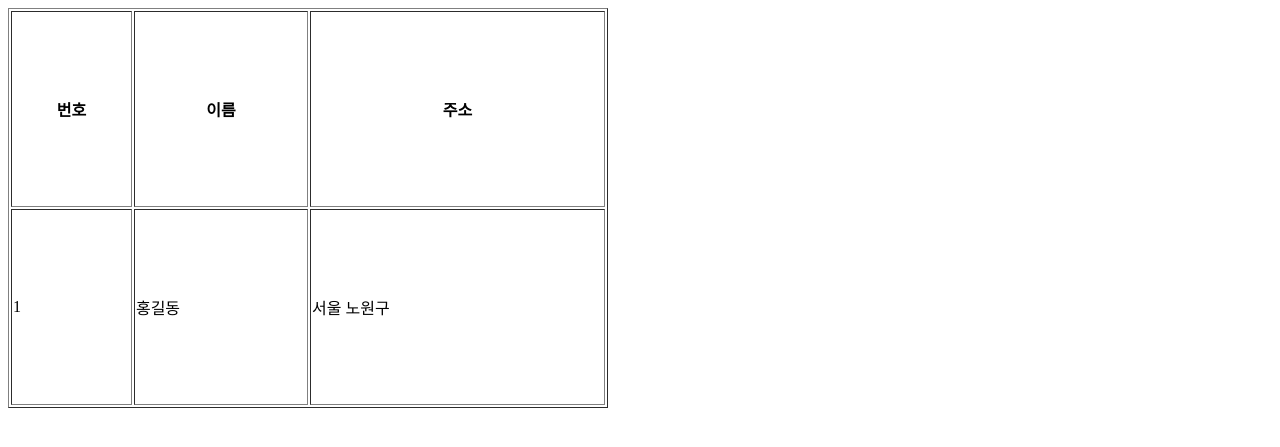
Repository: sungeunbyeol/Nowon-ezen-jsp
Page: test/WebContent/test08.html
These files come from the project's save history. The page is drawn as it stood at one moment and after the next save; the edit follows.
The browser window is 1280 px wide. The pictures show the whole page.

Above is the page before, as saved 2021-11-02 03:03:32.

### test/WebContent/test08.html
<!-- test08.html -->
<!DOCTYPE html>
<html>
<head>
<meta charset="EUC-KR">
<title>표만들기</title>
</head>
<body>
	<table border="1"  width="600" height="400">
		<tr>
			<th>번호</th>
			<th>이름</th>
			<th>주소</th>
		</tr>
		<tr>
			<td>1</td>
			<td>홍길동</td>
			<td>서울 노원구</td>
		</tr>
	</table>
</body>
</html>

After the next save:
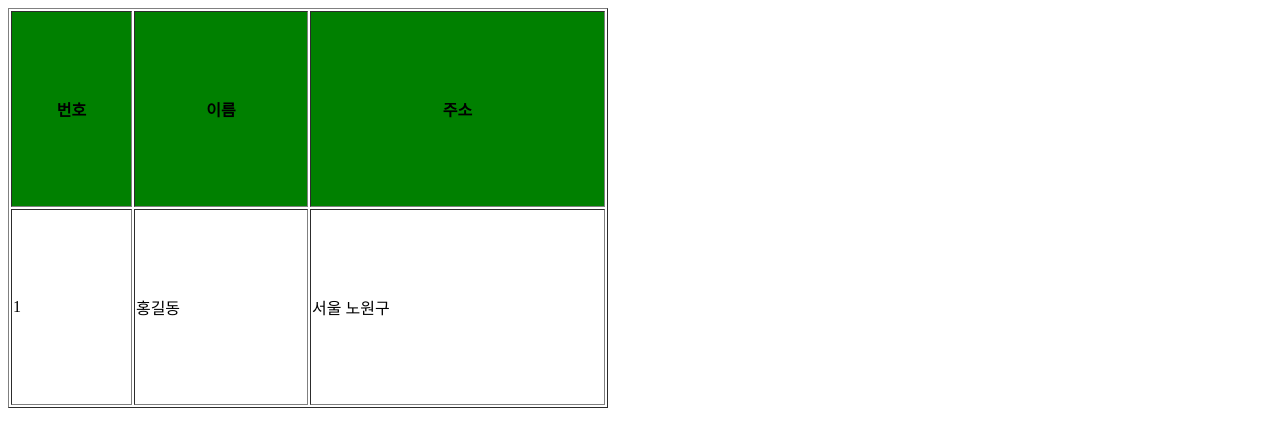
Saved 94 s later.
--- a/test/WebContent/test08.html
+++ b/test/WebContent/test08.html
@@ -7,7 +7,7 @@
 </head>
 <body>
 	<table border="1"  width="600" height="400">
-		<tr>
+		<tr bgcolor="green">
 			<th>번호</th>
 			<th>이름</th>
 			<th>주소</th>
